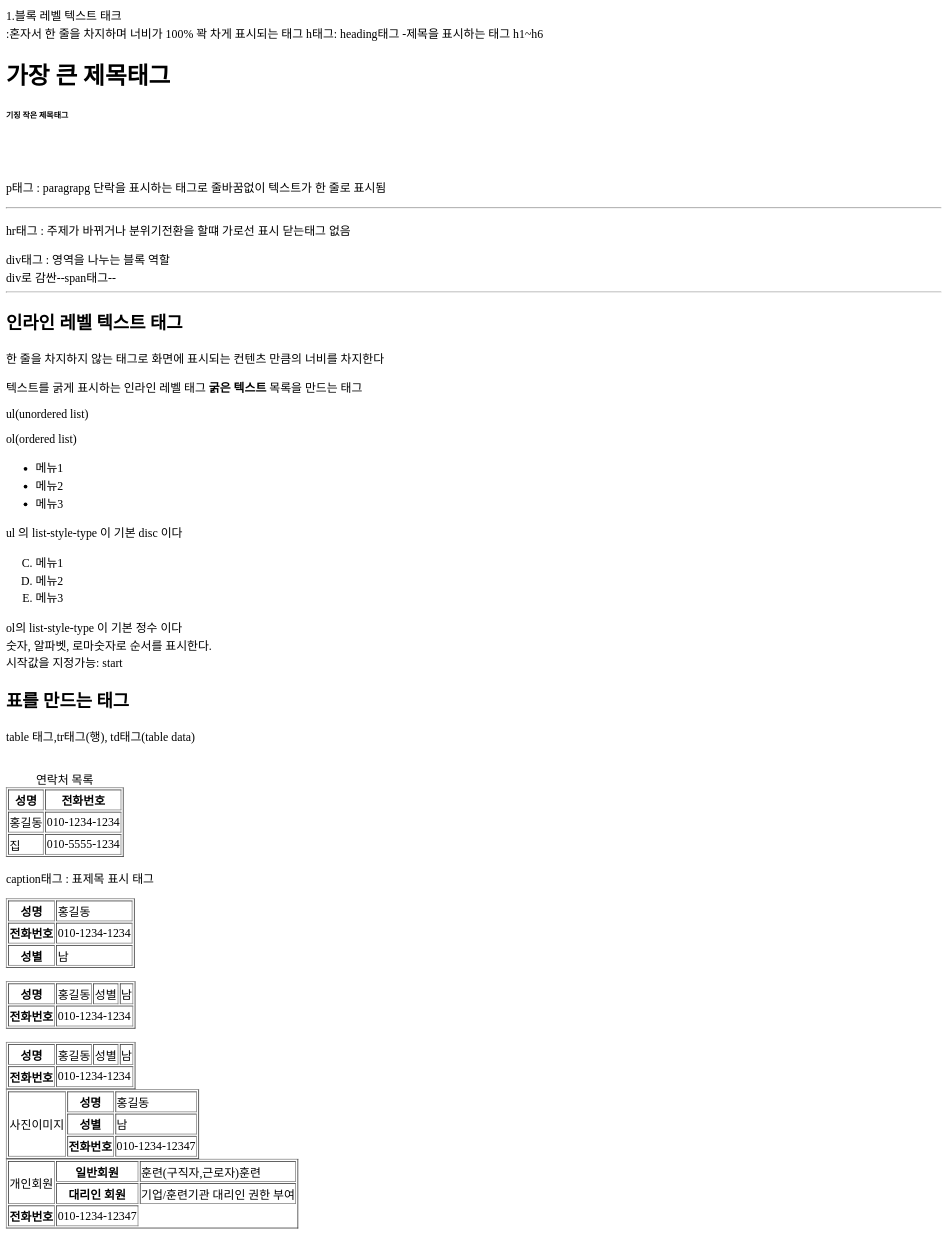
Repository: hana825/Web
Page: web/WebContent/index.html
These files come from the project's save history. The page is drawn as it stood at one moment and after the next save; the edit follows.
The browser window is 1280 px wide. The pictures show the whole page, at 74% of full size.

Above is the page before, as saved 2022-03-17 06:31:56.

After the next save:
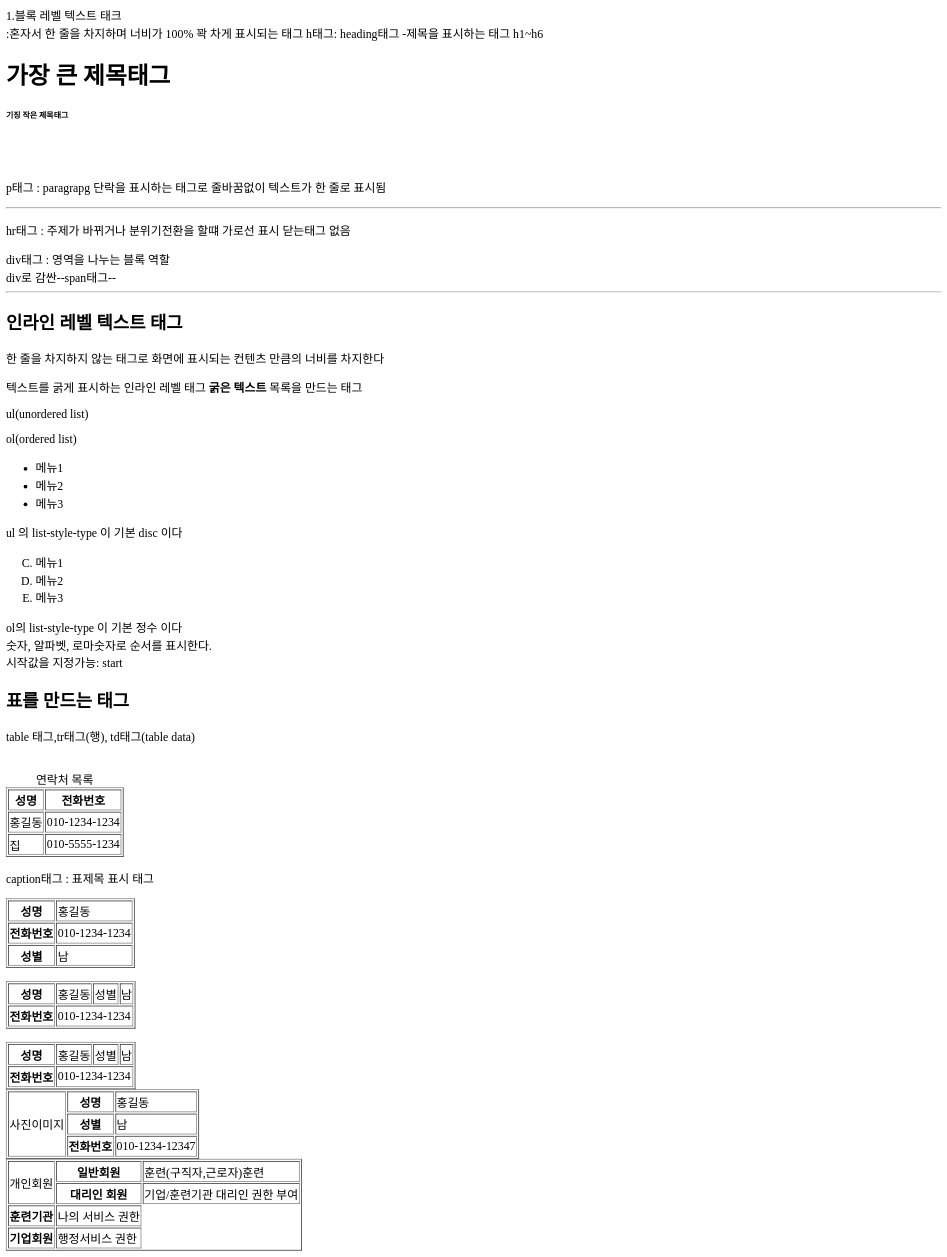
Saved 82 s later.
--- a/web/WebContent/index.html
+++ b/web/WebContent/index.html
@@ -131,10 +131,14 @@ div태그 : 영역을 나누는 블록 역할
 		<th>대리인 회원</th>
 		<td>기업/훈련기관 대리인 권한 부여</td>
 	</tr>
-		<tr>
-		<th>전화번호</th>
-		<td>010-1234-12347</td>
+		<th>훈련기관</th>
+		<td>나의 서비스 권한</td>
 	</tr>
+
+		<th>기업회원</th>
+		<td>행정서비스 권한</td>
+	</tr>
+
 
 </table>
 
